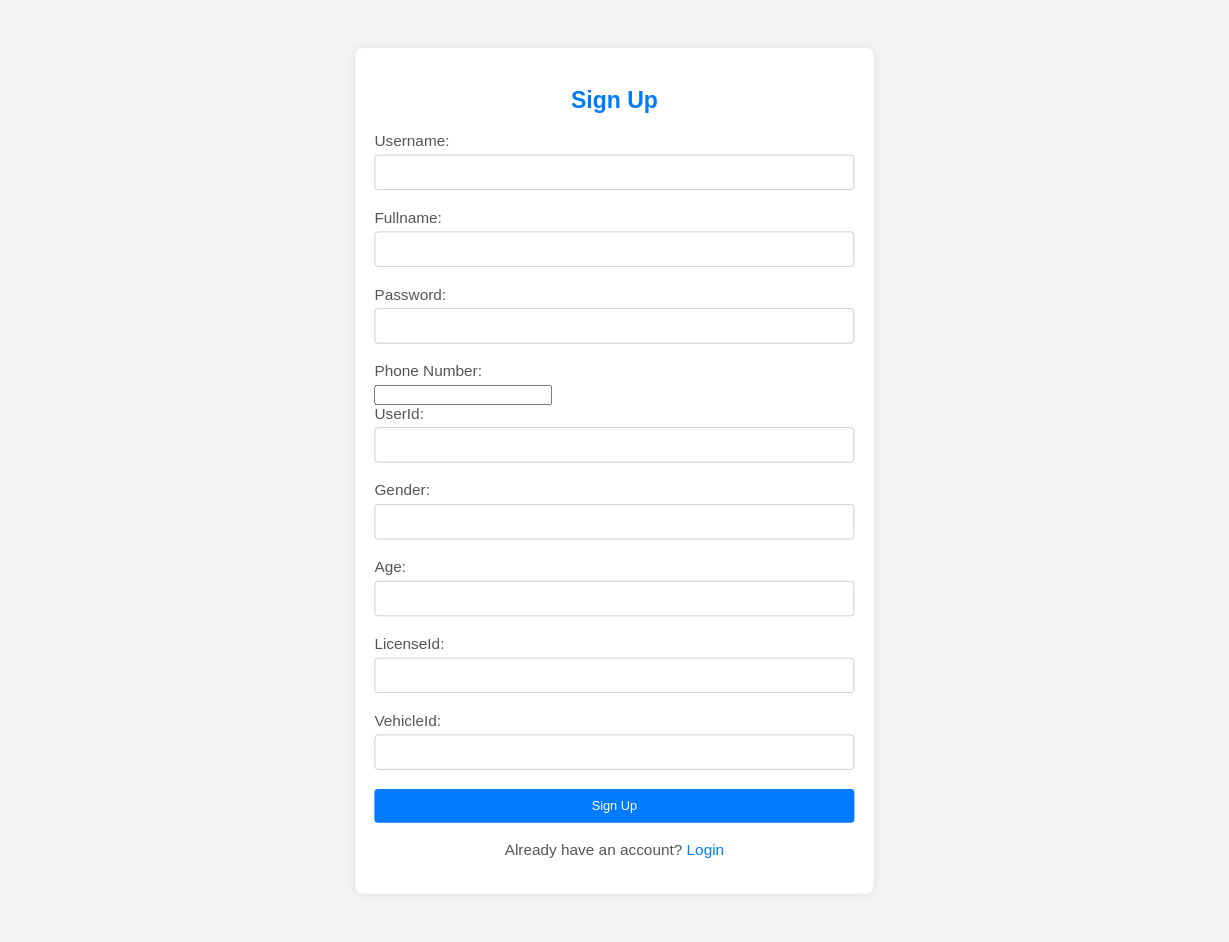
Repository: suryavishakan/parking_management
Page: http://localhost/signup
These files come from the project's save history. The page is drawn as it stood at one moment and after a run of saves; the edit follows.
The browser window is 1280 px wide. The pictures show the whole page, at 96% of full size.
The page is served by the project's application, run on Flask 3 (app.py).

Above is the page before, as saved 2024-04-20 14:00:28.

### templates/signup.html
<!DOCTYPE html>
<html lang="en">
<head>
    <meta charset="UTF-8">
    <meta name="viewport" content="width=device-width, initial-scale=1.0">
    <title>Sign Up</title>
    <style>
        body {
            font-family: Arial, sans-serif;
            margin: 0;
            padding: 0;
            background-color: #f4f4f4;
        }
        .container {
            width: 100%;
            max-width: 500px;
            margin: 50px auto;
            padding: 20px;
            background-color: #fff;
            border-radius: 8px;
            box-shadow: 0 0 10px rgba(0, 0, 0, 0.1);
        }
        h2 {
            text-align: center;
            margin-bottom: 20px;
            color: #007bff;
        }
        form {
            margin-bottom: 20px;
        }
        label {
            display: block;
            margin-bottom: 5px;
            color: #555;
        }
        input[type="text"],
        input[type="password"],
        input[type="phoneNumber"] {
            width: 100%;
            padding: 10px;
            margin-bottom: 20px;
            border: 1px solid #ccc;
            border-radius: 4px;
            box-sizing: border-box;
        }
        button[type="submit"] {
            background-color: #007bff;
            color: #fff;
            border: none;
            padding: 10px 20px;
            border-radius: 4px;
            cursor: pointer;
            width: 100%;
        }
        button[type="submit"]:hover {
            background-color: #0056b3;
        }
        p {
            text-align: center;
            color: #555;
        }
        a {
            color: #007bff;
            text-decoration: none;
        }
        a:hover {
            text-decoration: underline;
        }
        .error-message {
            color: red;
            margin-top: 5px;
        }
    </style>
</head>
<body>
    <div class="container">
        <h2>Sign Up</h2>
        {% with messages = get_flashed_messages() %}
            {% if messages %}
                <ul>
                    {% for message in messages %}
                        <li class="error-message">{{ message }}</li>
                    {% endfor %}
                </ul>
            {% endif %}
        {% endwith %}
        <form action="{{ url_for('signup') }}" method="POST">
            <label for="username">Username:</label>
            <input type="text" id="username" name="username" required>
            <label for="fullname">Fullname:</label>
            <input type="text" id="fullname" name="fullname" required>
            <label for="password">Password:</label>
            <input type="password" id="password" name="password" required>
            <label for="phoneNumber">Phone Number:</label>
            <input type="tel" id="phoneNumber" name="phoneNumber" required pattern="[0-9]{10}">
            <label for="userId">UserId:</label>
            <input type="text" id="userId" name="userId" required>
            <label for="gender">Gender:</label>
            <input type="text" id="gender" name="gender" required>
            <label for="age">Age:</label>
            <input type="text" id="age" name="age" required>
            <label for="licenseId">LicenseId:</label>
            <input type="text" id="licenseId" name="licenseId" required>
            <label for="vechileId">VehicleId:</label>
            <input type="text" id="vehicleId" name="vehicleId" required>
            <button type="submit">Sign Up</button>
        </form>
        <p>Already have an account? <a href="{{ url_for('login') }}">Login</a></p>
    </div>
</body>
</html>

### app.py
from flask import Flask, Response, request, render_template, jsonify, redirect, url_for, request, flash, session
import pymongo
import secrets
import json
from bson.objectid import ObjectId
from bson.json_util import dumps
from functools import wraps

app=Flask(__name__ , template_folder='templates')
app.secret_key = secrets.token_hex(32)

try:
    mongo = pymongo.MongoClient(
        host = 'localhost',
        port = 27017,
        serverSelectionTimeoutMS = 1000
    )
    db = mongo.ParkingManagementSystemDb #connect to mongodb1
    users_collection = db.admin
    user_collection = db["customer"]
    #cart_collection = db["cart"]
    mongo.server_info() #trigger exception if cannot connect to db
except:
    print("Error connecting to MongoDB")

@app.route('/get/admin', methods=['GET'])
def displayall():
  try:
    documents = db.admin.find()
    output = [{item: data[item] for item in data if item != '_id'} for data in documents]
    return jsonify(output)
  except Exception as ex:
    response = Response("Search Records Error!!",status=500,mimetype='application/json')
    return response

# Route for signup page
@app.route('/signup', methods=['GET', 'POST'])
def signup():
    if request.method == 'POST':
        # Get form data
        username = request.form['username']
        password = request.form['password']

        # Check if username already exists
        if user_collection.find_one({'username': username}):
            flash('Username already exists. Please choose a different one.', 'error')
            return redirect(url_for('signup'))

        # Insert user data into database
        user_data = {'username': username, 'password': password}
        user_collection.insert_one(user_data)

        flash('Signup successful. You can now login.', 'success')
        return redirect(url_for('login'))

    return render_template('signup.html')

# Route to get an employee by name
@app.route('/get/user/<user_name>', methods=['GET'])
def get_user_by_name(user_name):
    try:
        # Using a case-insensitive query to match employee name
        document = db.user.find_one({"user_name": {"$regex": f'^{user_name}$', "$options": 'i'}})

        if document:
            # Exclude _id field from the response
            output = {item: document[item] for item in document if item != '_id'}
            return jsonify(output)
        else:
            return Response("USER not found", status=404, mimetype='application/json')

    except Exception as ex:
        app.logger.error(f"Error retrieving user by name: {ex}")
        return Response("Internal Server Error", status=500, mimetype='application/json')

# Route to get all employees
@app.route('/get/allusers', methods=['GET'])
def get_all_users():
    try:
        # Fetch all documents from the 'employee' collection
        documents = db.user.find()

        # Format the response excluding the _id field
        output = [{item: data[item] for item in data if item != '_id'} for data in documents]

        return jsonify(output)

    except Exception as ex:
        app.logger.error(f"Error retrieving all employees: {ex}")
        return Response("Internal Server Error", status=500, mimetype='application/json')

# Route to update employee details by name
@app.route('/update/user/<user_name>', methods=['PUT'])
def update_user_by_name(user_name):
    try:
        # Using a case-insensitive query to match employee name
        result = db.user.update_one(
            {"employee_name": {"$regex": f'^{user_name}$', "$options": 'i'}},
            {"$set": request.get_json()}
        )

        if result.modified_count > 0:
            return Response("User details updated successfully", status=200, mimetype='application/json')
        else:
            return Response("User not found", status=404, mimetype='application/json')

    except Exception as ex:
        app.logger.error(f"Error updating User details by name: {ex}")
        return Response("Internal Server Error", status=500, mimetype='application/json')

@app.route('/')
def homePage():
    try:
        # Fetch all products from the database
        products_cursor = db.product.find()

        # Convert the cursor to a list of dictionaries
        products = list(products_cursor)

        return render_template('homePage.html', products=products)
    except Exception as ex:
        app.logger.error(f"Error fetching products: {ex}")
        flash('Error fetching products', 'error')
        return render_template('homePage.html', products=[])

# Flask route to render the profile page
@app.route('/profile')
def profile():
    try:
        # Assuming you have a collection named 'users' in your MongoDB
        # Fetch user details from the 'users' collection
        user = db.user.find_one({'username': session['username']})

        if user:
            # Render the profile template with the user details
            return render_template('profile.html', user=user)
        else:
            flash('User details not found', 'error')
            return redirect(url_for('login'))
    except Exception as ex:
        app.logger.error(f"Error fetching user details: {ex}")
        flash('Error fetching user details', 'error')
        return redirect(url_for('login'))

@app.route('/select_user_type', methods=['POST'])
def select_user_type():
    user_type = request.form.get('userType')

    if user_type == 'admin':
        return redirect(url_for('login'))
    elif user_type == 'user':
        return redirect(url_for('login'))
    else:
        flash('Invalid user type selected', 'error')
        return redirect(url_for('index'))

# Update the Flask route for handling login
@app.route('/login', methods=['GET', 'POST'])
def login():
    if request.method == 'POST':
        username = request.form.get('username')
        password = request.form.get('password')

        # Query MongoDB for admin details
        admin_user = users_collection.find_one({'username': username, 'password': password})

        if admin_user:
            # Store admin credentials in the session
            session['username'] = username
            session['password'] = password

            return redirect(url_for('admin_panel'))
        else:
            # Query MongoDB for user details
            user_user = db.user.find_one({'username': username, 'password': password})

            if user_user:
                # Store user credentials in the session
                session['username'] = username
                session['password'] = password

                return redirect(url_for('user_details'))
            else:
                flash('Invalid username or password', 'error')

    return render_template('login.html')


# New route for employee details
@app.route('/user_details')
def user_details():
    # Check if user is authenticated as an employee
    try:
    # if 'username' in session and 'password' in session == 'employee':
        # Fetch employee details based on the stored credentials
        user = db.user.find_one({'username': session['username'], 'password': session['password']})

        if user:
            return render_template('user_details.html', user=user)
        else:
            flash('Unauthorized access', 'error')
            return redirect(url_for('login'))

    except Exception as ex:
        app.logger.error(f"Error fetching user data: {ex}")
        flash(f'Error fetching user data: {ex}', 'error')

    return render_template('user_details.html', user={})

# Route to render the update employee page
@app.route('/update_user/<user_name>', methods=['GET', 'POST'])
def update_user_page(user_name):
    try:
        # Fetch the employee details from the database using the employee name
        user = db.user.find_one({"user_name": {"$regex": f'^{user_name}$', "$options": 'i'}})

        if user:
            # Render the update employee page with the employee details
            return render_template('update_user.html', user=user)
        else:
            return Response("User not found", status=404, mimetype='application/json')

    except Exception as ex:
        app.logger.error(f"Error rendering update_user page: {ex}")
        return Response("Internal Server Error", status=500, mimetype='application/json')

# Route to handle the form submission for updating employee details
@app.route('/submit_update_user/<user_name>', methods=['POST'])
def submit_update_user(user_name):
    try:
        # Use the employee name parameter to identify the employee being updated
        user_name = user_name

        # Update the employee details in the database using request.form.to_dict()
        updated_user_data = request.form.to_dict()

        # Assuming you have a 'employee' collection in your MongoDB
        result = db.user.update_one(
            {"user_name": {"$regex": f'^{user_name}$', "$options": 'i'}},
            {"$set": request.form.to_dict()}
        )

        if result.modified_count > 0:
            flash('user details updated successfully', 'success')
        else:
            flash('user not found', 'error')

    except Exception as ex:
        app.logger.error(f"Error updating user details: {ex}")
        flash('Error updating user details', 'error')

    # Redirect to the admin page after the update
    return redirect(url_for('admin'))

# Route for admin panel
@app.route('/admin', methods=['GET', 'POST'])
def admin_panel():
    if 'username' in session and 'password' in session:
        # Check if the user is an admin
        admin_user = users_collection.find_one({'username': session['username'], 'password': session['password']})
        if admin_user:
            # Render the admin panel page
            return render_template('admin.html')

    # If user is not authenticated or not an admin, redirect to login page
    flash('Unauthorized access', 'error')
    return redirect(url_for('login'))


if __name__ == '__main__':
    app.run(port=5000, debug=True)

After the next 2 saves:
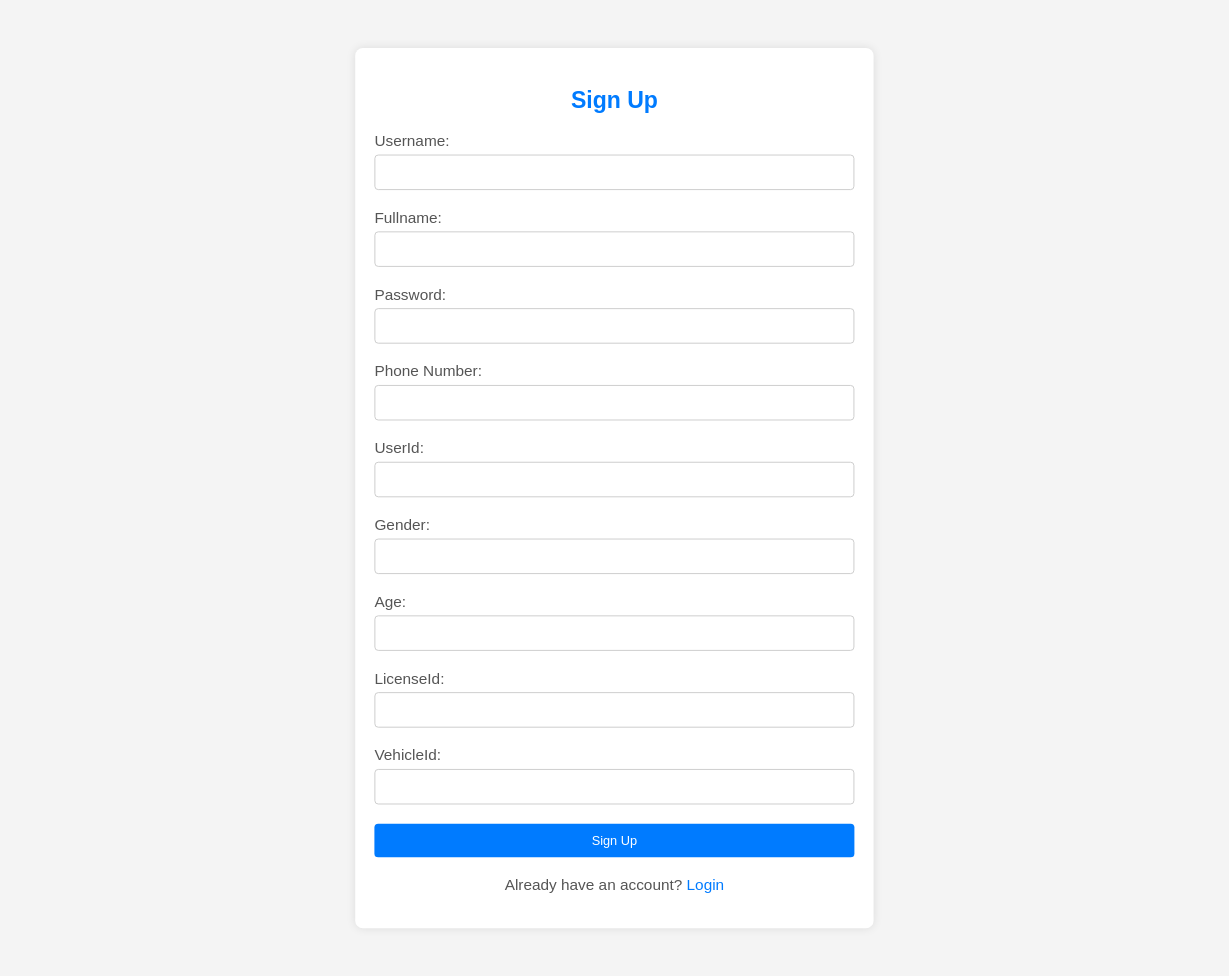
The 2 saves are shown as one change because they came seconds apart.
The last was saved 10 s later.
--- a/templates/signup.html
+++ b/templates/signup.html
@@ -92,7 +92,7 @@
             <label for="password">Password:</label>
             <input type="password" id="password" name="password" required>
             <label for="phoneNumber">Phone Number:</label>
-            <input type="tel" id="phoneNumber" name="phoneNumber" required pattern="[0-9]{10}">
+            <input type="text" id="phoneNumber" name="phoneNumber" required pattern="[0-9]{10}">
             <label for="userId">UserId:</label>
             <input type="text" id="userId" name="userId" required>
             <label for="gender">Gender:</label>
